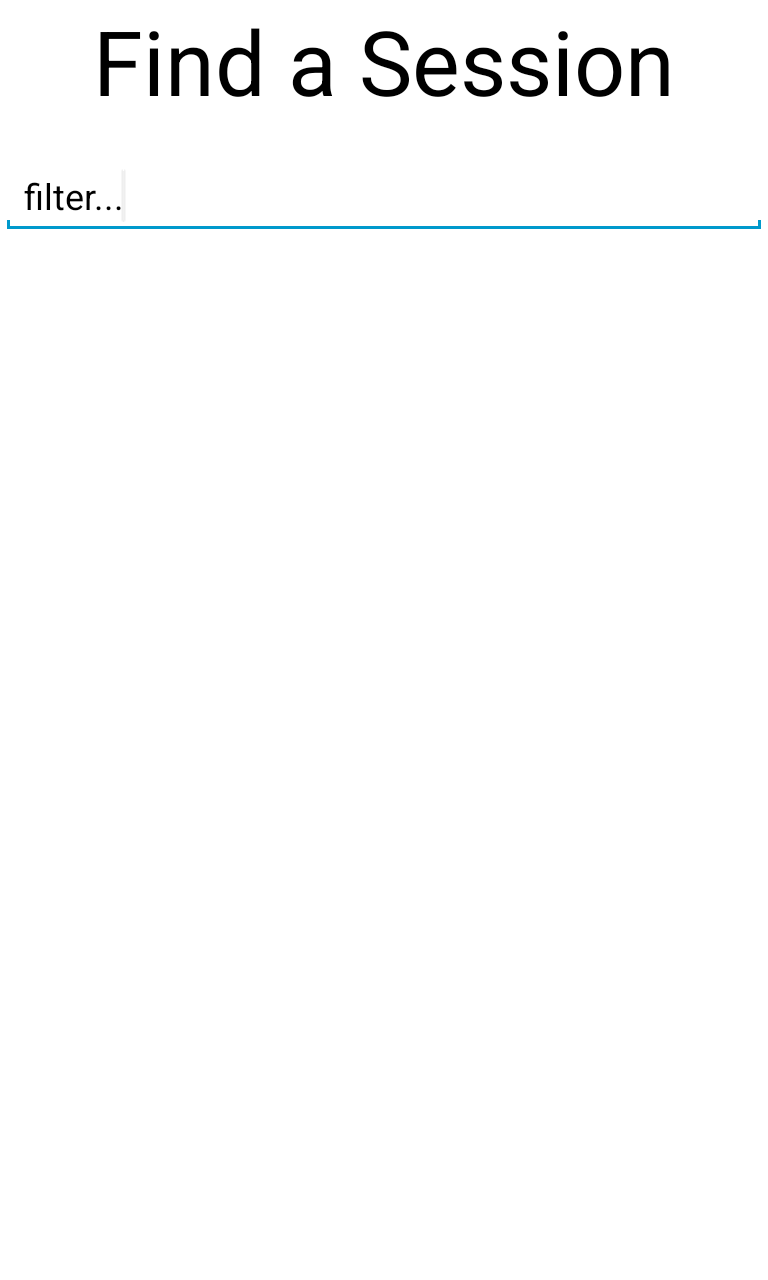
Repository: vnataraj/groupnote
Layout: GroupNote/res/layout/find_session.xml
An editor plug-in stored every save of this project. The layout is shown before and after the next save, followed by the edit.
It is drawn on a 768 x 1280 px phone screen (xhdpi) without system bars, with theme AppTheme; the app's code is not run.

Above is the layout before, as saved 2013-03-19 20:22:58.

### GroupNote/res/layout/find_session.xml
<RelativeLayout xmlns:android="http://schemas.android.com/apk/res/android"
    xmlns:tools="http://schemas.android.com/tools"
    android:layout_width="match_parent"
    android:layout_height="match_parent"
    tools:context=".MainActivity" >

    <TextView
        android:id="@+id/textView1"
        android:layout_width="match_parent"
        android:layout_height="wrap_content"
        android:layout_alignParentLeft="true"
        android:layout_alignParentTop="true"
        android:gravity="center_horizontal"
        android:text="Find a Session"
        android:textAppearance="?android:attr/textAppearanceLarge"
        android:textSize="45sp" />

    <EditText
        android:id="@+id/editText1"
        android:layout_width="match_parent"
        android:layout_height="wrap_content"
        android:layout_alignParentLeft="true"
        android:layout_below="@+id/textView1"
        android:layout_marginTop="18dp"
        android:ems="10"
        android:text="filter..."
        android:inputType="textShortMessage" >

        <requestFocus />
    </EditText>

</RelativeLayout>

Loaded but not shown: GroupNote/res/values/styles.xml (common file); GroupNote/res/values-v11/styles.xml (common file); GroupNote/res/values-v14/styles.xml (common file)

After the next save:
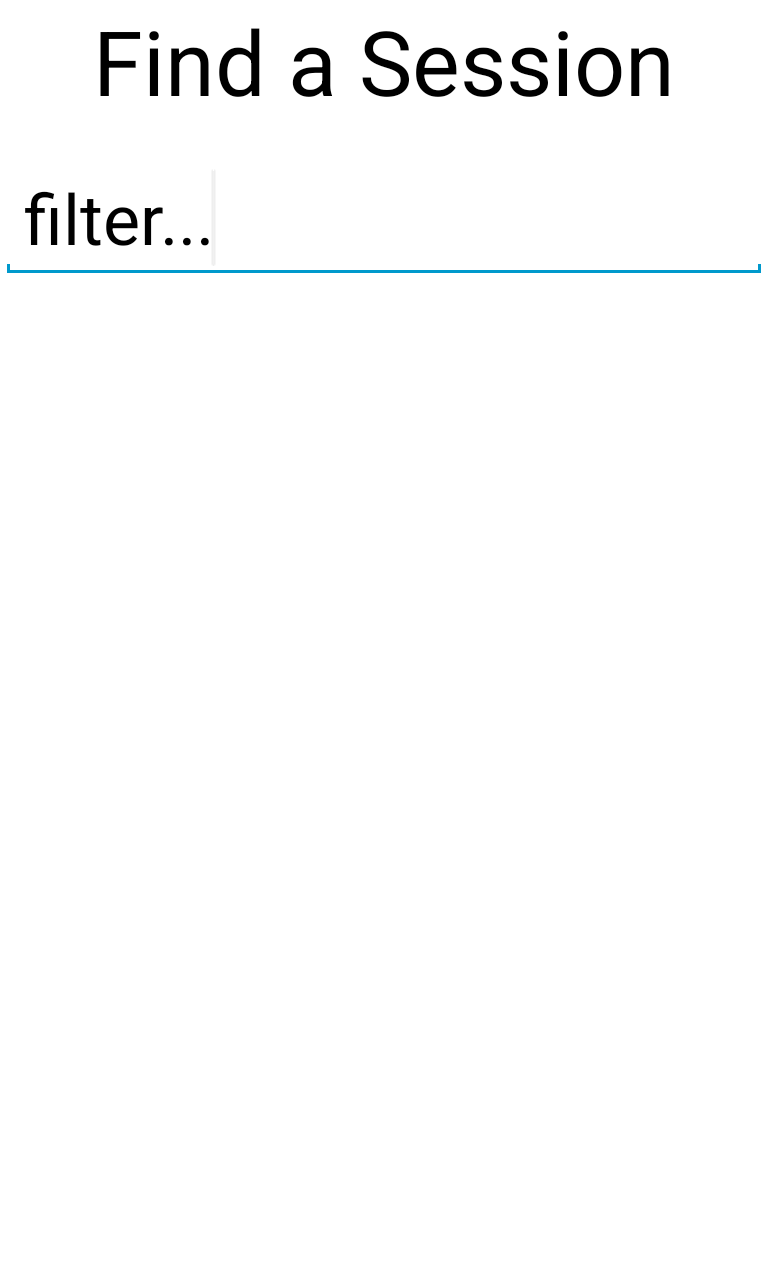
Saved 16 s later.
--- a/GroupNote/res/layout/find_session.xml
+++ b/GroupNote/res/layout/find_session.xml
@@ -24,6 +24,7 @@
         android:layout_marginTop="18dp"
         android:ems="10"
         android:text="filter..."
+        android:textSize="35sp"
         android:inputType="textShortMessage" >
 
         <requestFocus />
